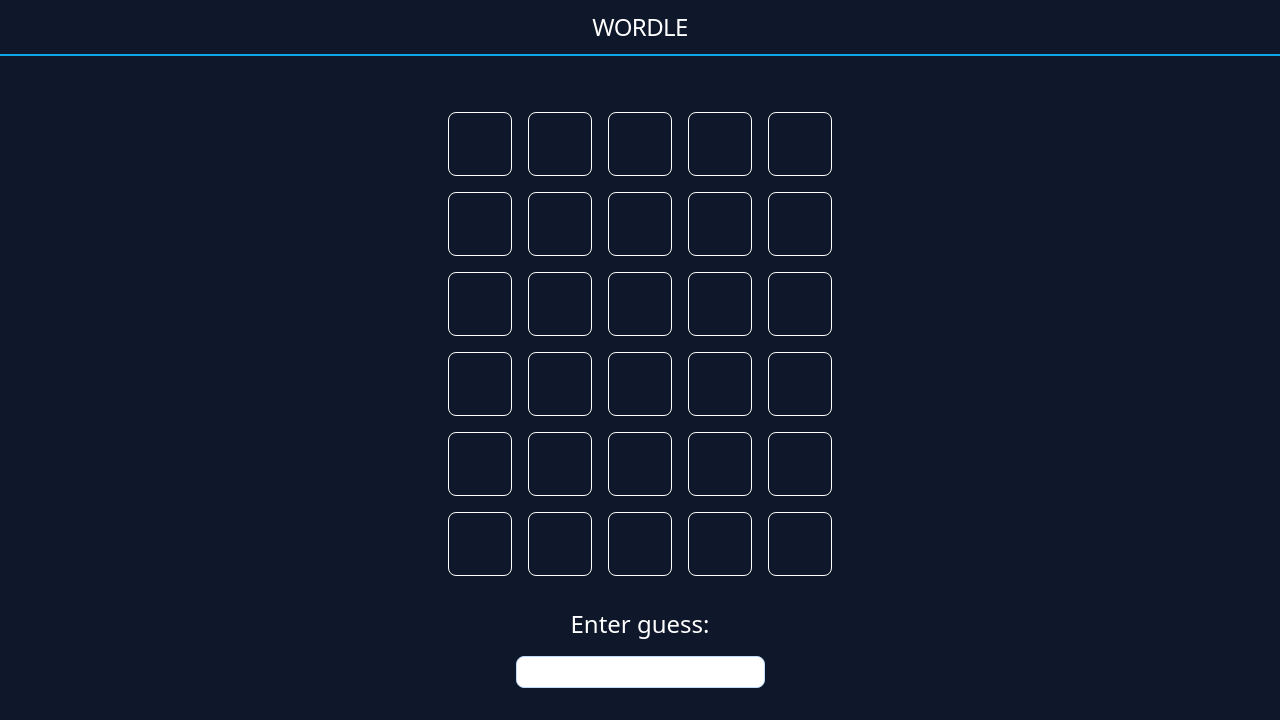
Repository: hjubsoni/basic-wordle-game
Page: / (app in client/)
These files come from the project's save history. The page is drawn as it stood at one moment and after the next save; the edit follows.
The browser window is 1280 px wide. The pictures show the whole page.
The page's requests for data from a server got no answer. The project was rebuilt for these pictures with package versions that can differ from the ones it lists, and the page was loaded fresh each time. No one was signed in, and anything a server would have sent is missing. Also part of the build but not shown: client/vite.config.ts.

Above is the page before, as saved 2023-01-27 16:55:02.

### client/src/main.tsx
import React from 'react';
import ReactDOM from 'react-dom/client';
import App from './App';
import './index.css';

ReactDOM.createRoot(
  document.getElementById('root') as HTMLElement
).render(
  <React.StrictMode>
    <App />
  </React.StrictMode>
);

### client/src/App.tsx
import React from 'react';
import Header from './components/Header';
import Game from './components/Game';

function App() {
  return (
    <div className="h-full">
      <Header />
      <Game />
    </div>
  );
}

export default App;

### client/src/index.css
@tailwind base;
@tailwind components;
@tailwind utilities;

@layer base {
  html,
  body,
  #root {
    @apply h-full bg-slate-900;
  }
}

### client/src/components/Header/Header.tsx
import React from 'react';

function Header() {
  return (
    <header className="flex h-14 items-center justify-center  border-b-2 border-sky-500 ">
      <h2 className="uppercase text-white text-2xl tracking-tight">
        Wordle
      </h2>
    </header>
  );
}

export default Header;

### client/src/components/Game/Game.tsx
import React from 'react';
import { range } from '../../utils/range';
import Row from '../Row';
import Cell from '../Cell';
import Form from '../Form';

interface Styles {
  [key: string]: string;
}

function Game() {
  const [correctWord, setCorrectWord] = React.useState('');
  const [guessedWords, setGuessedWords] = React.useState<string[]>(
    new Array(6).fill('')
  );
  const [guess, setGuess] = React.useState<string>('');
  const [styles, setStyles] = React.useState<Styles[]>([]);

  const generateCorrectWord = async () => {
    const response = await fetch('http://localhost:5000/api');
    const words = await response.json();
    setCorrectWord(words[Math.floor(Math.random() * words.length)]);
  };

  React.useEffect(() => {
    generateCorrectWord();
  }, []);

  return (
    <main className="flex items-center justify-center flex-col gap-8 p-4">
      <div className="flex gap-4 flex-col max-w-sm w-full rouded-lg mt-10">
        {guessedWords.map((row, rowIdx) => {
          return (
            <Row key={rowIdx}>
              {range(5).map((_, cellIdx) => (
                <Cell key={cellIdx} letter={row[cellIdx]} />
              ))}
            </Row>
          );
        })}
      </div>

      <Form
        guess={guess}
        setGuess={setGuess}
        guessedWords={guessedWords}
        setGuessedWords={setGuessedWords}
        correctWord={correctWord}
      />
    </main>
  );
}

export default Game;

### client/src/utils/range.tsx
export const range = (start: number, end?: number, step = 1) => {
  let output = [];
  if (typeof end === 'undefined') {
    end = start;
    start = 0;
  }
  for (let i = start; i < end; i += step) {
    output.push(i);
  }
  return output;
};

### client/src/components/Cell/index.tsx
export { default } from './Cell';

### client/src/components/Row/Row.tsx
import React from 'react';

function Row({ children }: { children: React.ReactNode }) {
  return <div className="flex gap-4">{children}</div>;
}

export default Row;

### client/src/components/Cell/Cell.tsx
import React from 'react';

function Cell({ letter }: { letter: string }) {
  return (
    <div className="border border-white flex-1 aspect-square rounded-lg text-white text-3xl uppercase flex items-center justify-center">
      {letter}
    </div>
  );
}

export default Cell;

### client/src/components/Form/Form.tsx
import React from 'react';

interface FormProps {
  guess: string;
  setGuess: React.Dispatch<React.SetStateAction<string>>;
  guessedWords: string[];
  setGuessedWords: React.Dispatch<React.SetStateAction<string[]>>;
  correctWord: string;
}

function Form({
  guess,
  setGuess,
  guessedWords,
  setGuessedWords,
  correctWord,
}: FormProps) {
  const [currentRow, setCurrentRow] = React.useState(0);
  const handleSubmit = (e: React.FormEvent<HTMLFormElement>) => {
    e.preventDefault();
    const guessedWordsCopy = [...guessedWords];
    guessedWordsCopy[currentRow] = guess;
    setGuessedWords(guessedWordsCopy);
    setGuess('');
    setCurrentRow(currentRow + 1);
  };
  return (
    <form
      onSubmit={handleSubmit}
      className="flex gap-4 items-center flex-col "
    >
      <label htmlFor="guess" className="text-white text-2xl">
        Enter guess:
      </label>
      <input
        className="border border-blue-200 rounded-lg px-2 h-8 w-full"
        type="text"
        id="guess"
        name="guess"
        value={guess}
        onChange={(e) => setGuess(e.target.value)}
        required={true}
        min={'5'}
        max={'5'}
      />
    </form>
  );
}

export default Form;

Loaded but not shown: client/index.html (common file); client/src/components/Header/index.tsx (common file); client/src/components/Game/index.tsx (common file); client/src/components/Row/index.tsx (common file); client/src/components/Form/index.tsx (common file); client/tailwind.config.cjs (common file)

After the next save:
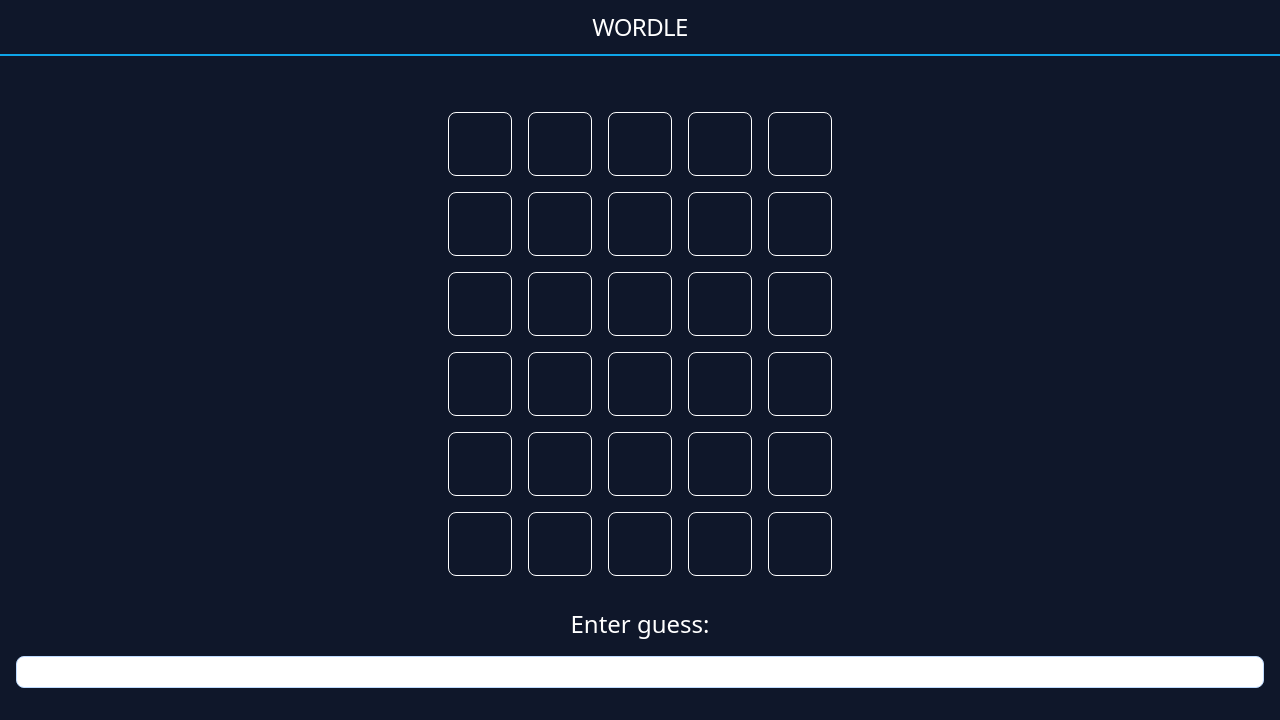
Saved 20 s later.
--- a/client/src/components/Form/Form.tsx
+++ b/client/src/components/Form/Form.tsx
@@ -27,7 +27,7 @@
   return (
     <form
       onSubmit={handleSubmit}
-      className="flex gap-4 items-center flex-col "
+      className="flex gap-4 items-center flex-col w-full"
     >
       <label htmlFor="guess" className="text-white text-2xl">
         Enter guess:
